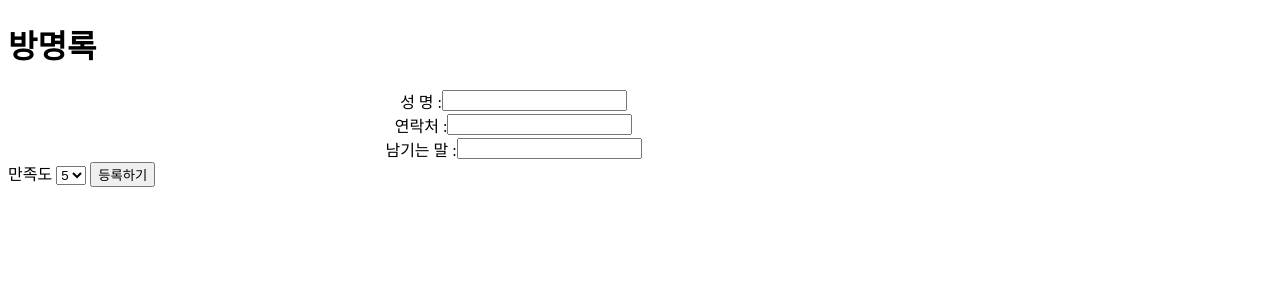
Repository: HyeongChank/P2VisitorCount
Page: http://localhost/P2VisitorCounter/Counter/Login.jsp
These files come from the project's save history. The page is drawn as it stood at one moment and after the next save; the edit follows.
The browser window is 1280 px wide. The pictures show the whole page.
The page is served by Tomcat 9. Other server files are loaded and not shown. The template is opened directly, without the code that normally fills it, so the values that code supplies are empty.

Above is the page before, as saved 2023-04-03 00:19:42.
Console error: SyntaxError: Unexpected end of input

### P2VisitorCounter/src/main/webapp/Counter/Login.jsp
<%@ page language="java" contentType="text/html; charset=UTF-8"
    pageEncoding="UTF-8"%>
<!DOCTYPE html>
<html>
<head>
<meta charset="UTF-8">
<style>
	div{
		display : flex;
		justify-content : center;
		align-items : center;
		width : 80%;
	}
</style>
<title>Insert title here</title>
</head>
<script>
function validateForm(form){
	if(!form.name.value){
		alert("이름을 입력하세요.");
		return false;
	}
	if(!form.tel.value){
		alert("연락처를 입력하세요.");
		return false;
	}

</script>

<body>
 	<h1>방명록</h1>
 	<form name = "login" method = "get" action = "../Counterj/visitor.do" enctype = "multipart/form-data">
		<div>성 명 : <input type = "text" name = "name"/></div>
		<div>연락처 : <input type = "tel" name = "tel"/></div>
		<div>남기는 말 : <input type = "text" name = "ment"/></div>
		<label for= "score">만족도</label>
			<select name = "score-m" id = "score">
				<option value = "5">5</option>
				<option value = "5">4</option>
				<option value = "5">3</option>
				<option value = "5">2</option>
				<option value = "5">1</option>
			</select>
		<button type = "submit">등록하기</button>
	</form>
	<h2>${num }</h2>


</body>
</html>

After the next save:
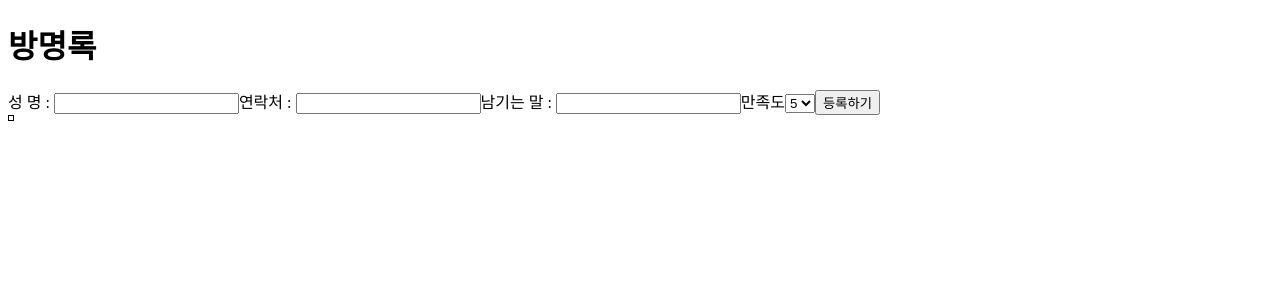
Saved 18 min 6 s later.
--- a/P2VisitorCounter/src/main/webapp/Counter/Login.jsp
+++ b/P2VisitorCounter/src/main/webapp/Counter/Login.jsp
@@ -5,7 +5,10 @@
 <head>
 <meta charset="UTF-8">
 <style>
-	div{
+	table{
+		border : solid 1px black;
+	}
+	tr{
 		display : flex;
 		justify-content : center;
 		align-items : center;
@@ -30,18 +33,20 @@ function validateForm(form){
 <body>
  	<h1>방명록</h1>
  	<form name = "login" method = "get" action = "../Counterj/visitor.do" enctype = "multipart/form-data">
-		<div>성 명 : <input type = "text" name = "name"/></div>
-		<div>연락처 : <input type = "tel" name = "tel"/></div>
-		<div>남기는 말 : <input type = "text" name = "ment"/></div>
-		<label for= "score">만족도</label>
-			<select name = "score-m" id = "score">
-				<option value = "5">5</option>
-				<option value = "5">4</option>
-				<option value = "5">3</option>
-				<option value = "5">2</option>
-				<option value = "5">1</option>
-			</select>
-		<button type = "submit">등록하기</button>
+ 		<table>
+ 			<tr>성 명 : <input type = "text" name = "name"/></tr>
+			<tr>연락처 : <input type = "tel" name = "tel"/></tr>
+			<tr>남기는 말 : <input type = "text" name = "ment"/></tr>
+			<tr><label for= "score">만족도</label>
+				<select name = "score-m" id = "score">
+					<option value = "5">5</option>
+					<option value = "5">4</option>
+					<option value = "5">3</option>
+					<option value = "5">2</option>
+					<option value = "5">1</option>
+				</select></tr>
+			<tr><button type = "submit">등록하기</button></tr>
+		</table>
 	</form>
 	<h2>${num }</h2>
 
